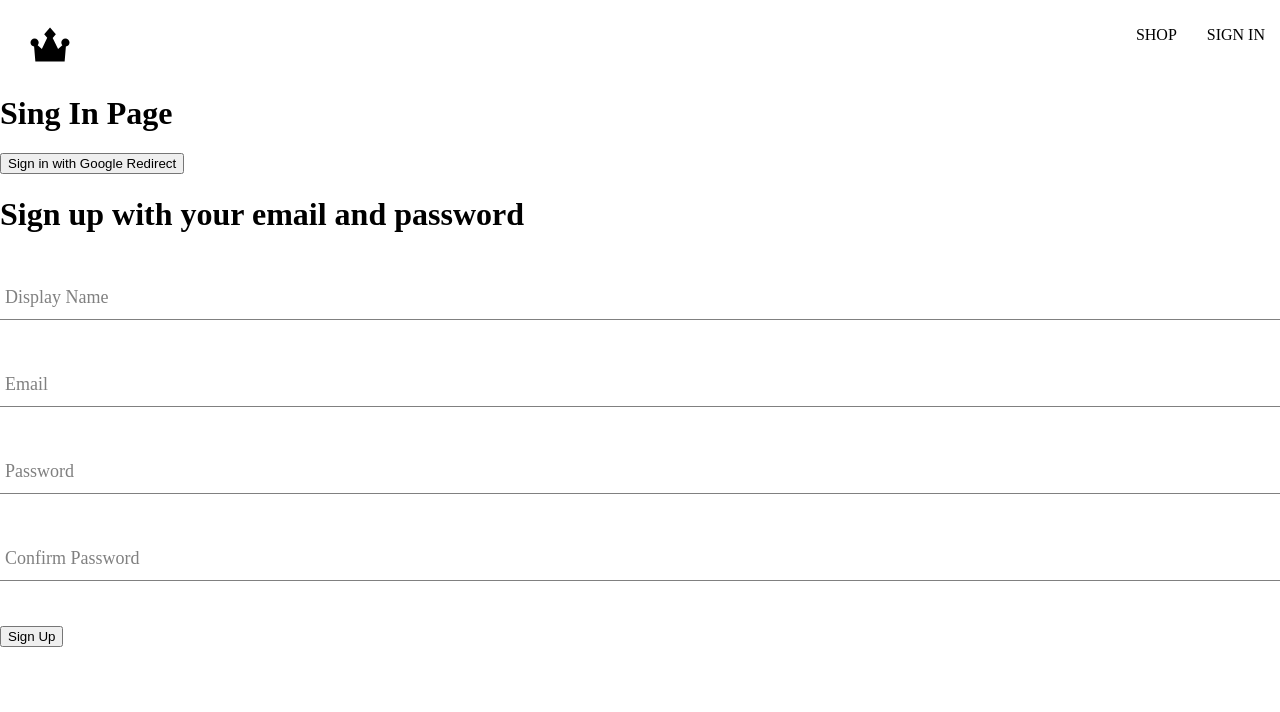
Repository: Chadi2000/crwn-clothing
Page: /signIn
These files come from the project's save history. The page is drawn as it stood at one moment and after the next save; the edit follows.
The browser window is 1280 px wide. The pictures show the whole page.
The project was rebuilt for these pictures with package versions that can differ from the ones it lists, and the page was loaded fresh each time. Also part of the build but not shown: src/categories.styles.scss, src/components/category-item/category-item.styles.scss, src/components/category-item/category-item.component.jsx, src/components/directory/directory.styles.scss, src/components/directory/directory.component.js, src/routes/home/home.component.jsx.

Above is the page before, as saved 2024-02-11 19:21:23.

### public/index.html
<!DOCTYPE html>
<html lang="en">
  <head>
    <meta charset="utf-8" />
    <link rel="icon" href="%PUBLIC_URL%/favicon.ico" />
    <meta name="viewport" content="width=device-width, initial-scale=1" />
    <meta name="theme-color" content="#000000" />
    <meta
      name="description"
      content="Web site created using create-react-app"
    />
    <link rel="apple-touch-icon" href="%PUBLIC_URL%/logo192.png" />
    <link rel="preconnect" href="https://fonts.googleapis.com">
    <link rel="preconnect" href="https://fonts.gstatic.com" crossorigin>
    <link
    href="https://fonts.googleapis.com/css2?family=Open+Sans:ital,wght@0,300..800;1,300..800&family=Roboto:wght@300&display=swap"
    rel="stylesheet">
    <!--
      manifest.json provides metadata used when your web app is installed on a
      user's mobile device or desktop. See https://developers.google.com/web/fundamentals/web-app-manifest/
    -->
    <link rel="manifest" href="%PUBLIC_URL%/manifest.json" />
    <!--
      Notice the use of %PUBLIC_URL% in the tags above.
      It will be replaced with the URL of the `public` folder during the build.
      Only files inside the `public` folder can be referenced from the HTML.

      Unlike "/favicon.ico" or "favicon.ico", "%PUBLIC_URL%/favicon.ico" will
      work correctly both with client-side routing and a non-root public URL.
      Learn how to configure a non-root public URL by running `npm run build`.
    -->
    <title>React App</title>
  </head>
  <body>
    <noscript>You need to enable JavaScript to run this app.</noscript>
    <div id="root"></div>
    <!--
      This HTML file is a template.
      If you open it directly in the browser, you will see an empty page.

      You can add webfonts, meta tags, or analytics to this file.
      The build step will place the bundled scripts into the <body> tag.

      To begin the development, run `npm start` or `yarn start`.
      To create a production bundle, use `npm run build` or `yarn build`.
    -->
  </body>
</html>

### src/index.scss
body {
  margin: 0;
  font-family: 'Open Sans'
    sans-serif;
    font-weight: 300 800;
  font-stretch: 100%;
  font-display: swap;
  -webkit-font-smoothing: antialiased;
  -moz-osx-font-smoothing: grayscale;
}

code {
  font-family: source-code-pro, Menlo, Monaco, Consolas, 'Courier New',
    monospace;
}

a{
  text-decoration: none;
  color: black;
}

* {
  box-sizing: border-box;
}

### src/App.js
import './categories.styles.scss';
import { Outlet } from 'react-router-dom';
import Directory from './components/directory/directory.component';
import Home from './routes/home/home.component';
import { Routes, Route } from 'react-router-dom';
import Navigation from './routes/navigation/navigation.component';
import SignIn from './routes/sign-in/sign-in.component';



const Shop =() =>{
  return(
    <h1>SHop from me</h1>
  )
}

const App = () => {


 return(
  <Routes>
    <Route path='/' element={<Navigation />}>
      <Route path='/' element={<Home />} />
      <Route path='shop' element={<Shop/>} />
      <Route path='/signIn' element= {<SignIn />} />

    </Route>

  </Routes>
 );
}

export default App;

### src/routes/navigation/navigation.component.jsx
import { Outlet, Link } from "react-router-dom"
import { Fragment } from "react";
import { ReactComponent as CrwnLogo } from "../../assets/crown.svg";
import './navigation.styles.scss';
const Navigation = () =>{
    return (
      <Fragment>
        <div className="navigation">
            <Link className="logo-container" to='/'>
                <CrwnLogo />
            </Link>

          <div className="nav-links-container">
            <Link className="nav-link"  to='/shop'>
                SHOP
            </Link>
            <Link className="nav-link"  to='/signIn'>
                SIGN IN
            </Link>
          </div>
        </div>
        <Outlet />
      </Fragment>
    )
  }

  export default Navigation;

### src/routes/sign-in/sign-in.component.jsx
import { useEffect } from "react";
import { getRedirectResult } from "firebase/auth";

import {
        auth,
        signInWithGooglePopup,
        signInWithGoogleRedirect ,
        createUserDocumentFromAuth
    } from "../../utils/firebase/firebase.utils";
import SignUpForm from "../../components/sign-up-form/sign-up-form.component";

const SignIn = () => {

    useEffect(() => {
        // Define an asynchronous function inside useEffect
        const fetchData = async () => {
          try {
            // You can await here
            const response = await getRedirectResult(auth);
            if(response){
                const userDocRef = await createUserDocumentFromAuth(response.user)
            }
          } catch (error) {
            console.error('Error fetching data:', error);
          }
        };

        // Call the asynchronous function immediately
        fetchData();

        // Specify dependencies if needed (empty array if not)
      }, []); // Add dependencies if needed


    const logGoogleUser = async () =>{
        const {user} = await signInWithGooglePopup();
        const userDocRef = await createUserDocumentFromAuth(user);

    }






    return(
        <div>
            <h1>Sing In Page</h1>
            {/* <button onClick={logGoogleUser}>
                Sign in with Google Popup
            </button> */}
            <button onClick={signInWithGoogleRedirect}>
                Sign in with Google Redirect
            </button>
            <SignUpForm />
        </div>
    )
}

export default SignIn;

### src/routes/navigation/navigation.styles.scss
.navigation{
    height: 70px;
    width: 100%;
    display: flex;
    justify-content: space-between;
    margin-bottom: 25px;

    .logo-container{
        height: 100%;
        width: 70px;
        padding: 25px;
        -webkit-box-align: center;
        align-items: center;
        justify-content: center;
    }
    .nav-links-container{
        width: 50%;
        height: 100%;
        -webkit-box-align: center;
        align-items: center;
        -webkit-box-pack: end;
        display: flex;
        justify-content: flex-end;
        .nav-link{
            padding: 10px 15px;
            cursor: pointer;
        }
    }


}

### src/utils/firebase/firebase.utils.js
import {initializeApp} from 'firebase/app';
import {
     getAuth,
     signInWithRedirect,
     signInWithPopup,
     GoogleAuthProvider,
     createUserWithEmailAndPassword
    } from 'firebase/auth';

import {
    getFirestore,
    doc,
    getDoc,
    setDoc
}  from'firebase/firestore'

const firebaseConfig = {
    apiKey: "AIzaSyCFm4naOY8EzymqmFzu3h2__lM1anMpCoU",
    authDomain: "crwn-clothing-db-ab0ad.firebaseapp.com",
    projectId: "crwn-clothing-db-ab0ad",
    storageBucket: "crwn-clothing-db-ab0ad.appspot.com",
    messagingSenderId: "89349111223",
    appId: "1:89349111223:web:714444d59a5d8bfdf53c32"
  };

  // Initialize Firebase
  const firebaseApp = initializeApp(firebaseConfig);
  const googleProvider = new GoogleAuthProvider();

  googleProvider.setCustomParameters({
    prompt: "select_account"
  })

  export const auth = getAuth();
  export const signInWithGooglePopup = () =>
   signInWithPopup(auth, googleProvider);
  export const signInWithGoogleRedirect =()=>
   signInWithRedirect(auth, googleProvider)

  export const db = getFirestore();
  export const createUserDocumentFromAuth = async (
    userAuth,
    additionalInformation={}
    )=>{
    if(!userAuth) return ;
    const userDocRef = doc(db,'users',userAuth.uid )

    console.log(userDocRef);

    const userSnapshot = await getDoc(userDocRef);
    console.log(userSnapshot);
    console.log(userSnapshot.exists());

    if(!userSnapshot.exists()){
        const {displayName , email} = userAuth;
        const createdAt = new Date();

        try{
            await setDoc(userDocRef, {
                displayName,
                email,
                createdAt,
                ...additionalInformation
            })
        }catch(error){
            console.log('error creating the user', error.message)
        }
    }

    return userDocRef;
  }

  export const createAuthUserWithEmailAndPassword = async (email, password)=>{
    if(!email || !password) return;
    return await createUserWithEmailAndPassword(auth, email, password)
  };

### src/components/sign-up-form/sign-up-form.component.jsx
import { useState } from "react";
import { createAuthUserWithEmailAndPassword, createUserDocumentFromAuth } from "../../utils/firebase/firebase.utils";
import FormInput from "../form-input/form-input.component";

const defaultFormFields ={
    displayName: '',
    email:'',
    password:'',
    confirmPassword: ''
}

const SignUpForm =() =>{

    const [formFields, setFormFields] = useState(defaultFormFields);
    const { displayName, email, password, confirmPassword} = formFields;

    console.log(formFields);

    const resetFormFields = () =>{
        setFormFields(defaultFormFields);
    }

    const handleSubmit = async(event) =>{
        event.preventDefault();

        if(password != confirmPassword){
            alert("password do not match");
            return;
        }

        try{
            const {user} = await createAuthUserWithEmailAndPassword(email, password);

            await createUserDocumentFromAuth(user,{ displayName });
            resetFormFields();


        }catch(error){
            if(error.code ==  'auth/email-already-in-use'){
                alert('Cannot create user, email already in use');
            } else{
                console.log('user created encountered an error', error);
            }

        }
    }



    const handlechange = (event) =>{

        setFormFields({...formFields, [event.target.name]:event.target.value})
    }

    return (


        <div>
            <h1>Sign up with your email and password</h1>
            <form onSubmit={handleSubmit}>
                <FormInput
                label="Display Name"
                inputOptions = {{
                    type:"text",
                    required:true,
                    onChange:handlechange,
                    name:"displayName",
                    value : displayName,
                    }}
                     />

                <FormInput
                label="Email"
                inputOptions = {{
                    type:"email",
                    required:true,
                    onChange:handlechange,
                    name:"email",
                    value : email,
                    }}
                     />

                <FormInput
                label="Password"
                inputOptions = {{
                    type:"password",
                    required:true,
                    onChange:handlechange,
                    name:"password",
                    value : password,
                    }}
                     />

                <FormInput
                label="Confirm Password"
                inputOptions = {{
                    type:"password",
                    required:true,
                    onChange:handlechange,
                    name:"confirmPassword",
                    value : confirmPassword,
                    }}
                     />


                <button type="submit">Sign Up</button>
            </form>
        </div>
    )
}

export default SignUpForm;

### src/components/form-input/form-input.component.jsx
import './form-input.styles.scss';


const FormInput = ({label, inputOptions}) =>{
    return (
        <div className="group">
            <input className="form-input" {...inputOptions} />
            {
                label &&(
            <label className={`${inputOptions.value.length ? 'shrink': ''}
            form-input-label`}>{label}</label>)}



        </div>

    )
}
export default FormInput;

### src/components/form-input/form-input.styles.scss
$sub-color: grey;
$main-color: black;

@mixin shrinkLabel{
    top: -14px;
    font-size: 12px;
    color:$main-color ;
}

.group{
    position: relative;
    margin: 45px 0;
    .form-input{
        background: none;
        background-color: white;
        color:$sub-color;
        font-size: 18px;
        padding: 10px 10px 10px 5px;
        display: block;
        width: 100%;
        border: none;
        border-radius: 0;
        border-bottom: 1px solid $sub-color;
        border-top: none;
        border-right: none;
        border-left: none;
        margin: 25px 0;

        &:focus{
            outline: none;
        }
        &:focus ~ .form-input-label{
            @include shrinkLabel();
        }
    }

    input[type='password']{
        letter-spacing: 0.3em;
    }

    .form-input-label{
        color: $sub-color;
        font-size: 18px;
        font-weight: normal;
        position: absolute;
        pointer-events: none;
        left: 5px;
        top: 10px;
        transition: all 300ms ease 0s;
        line-height: 1;
        &.shrink{
            @include shrinkLabel()
        }

    }


}

Loaded but not shown: src/index.js (common file); src/reportWebVitals.js (common file)

After the next save:
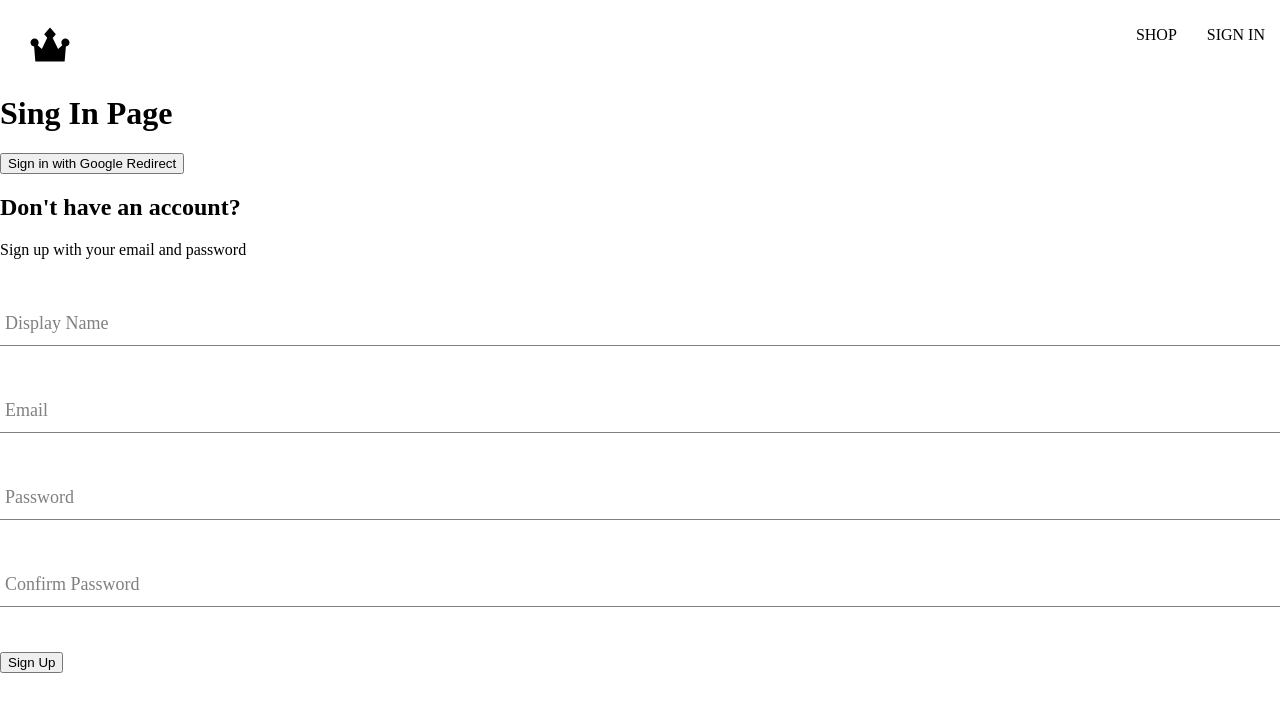
Saved 6 min 22 s later.
--- a/src/components/sign-up-form/sign-up-form.component.jsx
+++ b/src/components/sign-up-form/sign-up-form.component.jsx
@@ -55,8 +55,9 @@ const SignUpForm =() =>{
     return (
 
 
-        <div>
-            <h1>Sign up with your email and password</h1>
+        <div className="sign-up-container">
+            <h2>Don't have an account?</h2>
+            <span>Sign up with your email and password</span>
             <form onSubmit={handleSubmit}>
                 <FormInput
                 label="Display Name"
